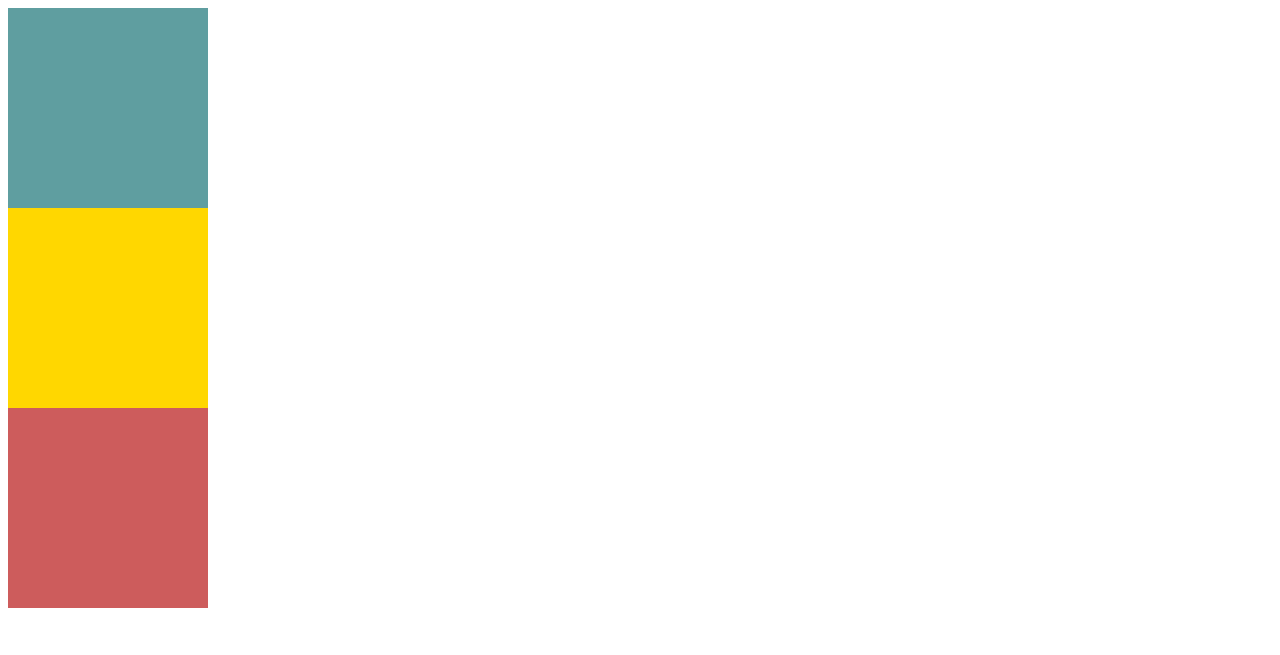
Repository: arzeee/Web_Course
Page: 6.3+CSS+Box+Model/6.3 CSS Box Model/index.html
An editor plug-in stored every save of this project. The page is shown before and after a run of saves, followed by the edit.
The browser window is 1280 px wide. The pictures show the whole page.

Above is the page before, as saved 2025-07-04 18:20:44.

After the next 2 saves:
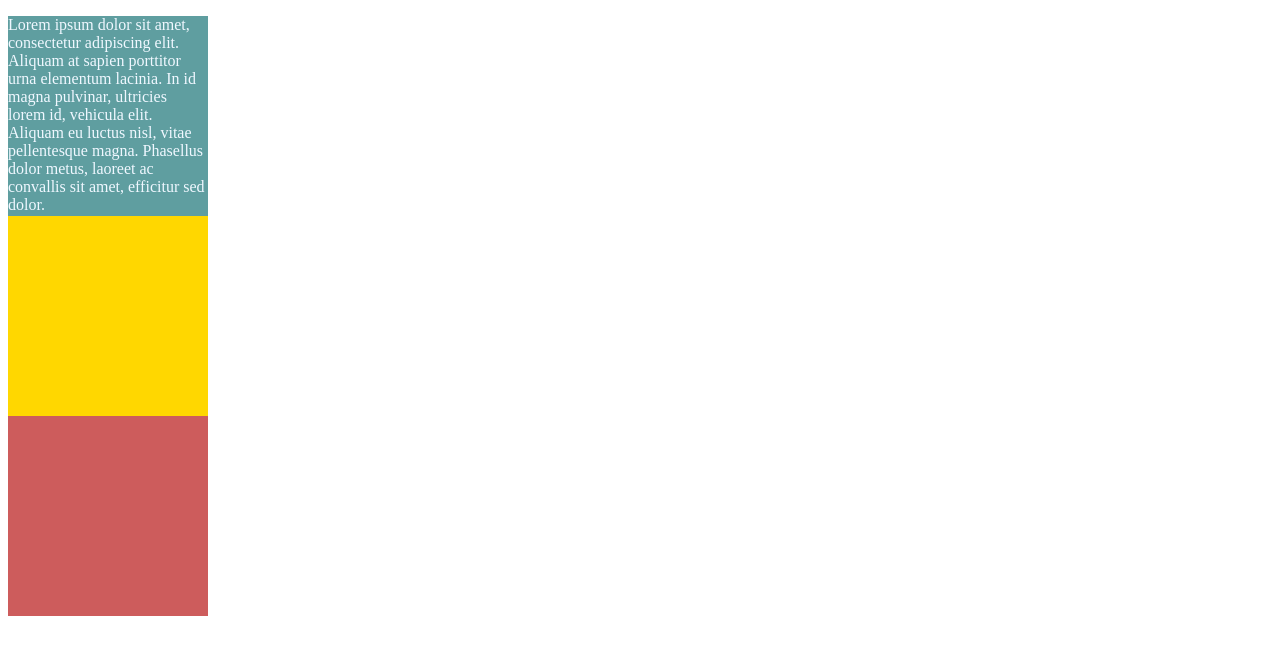
The 2 saves are shown as one change because they came seconds apart.
The last was saved 21 s later.
--- a/6.3+CSS+Box+Model/6.3 CSS Box Model/index.html
+++ b/6.3+CSS+Box+Model/6.3 CSS Box Model/index.html
@@ -28,7 +28,9 @@
 
 <body>
   <div class="box box1">
-
+    <p>    Lorem ipsum dolor sit amet, consectetur adipiscing elit. Aliquam at sapien porttitor urna elementum lacinia. In
+    id magna pulvinar, ultricies lorem id, vehicula elit. Aliquam eu luctus nisl, vitae pellentesque magna. Phasellus
+    dolor metus, laoreet ac convallis sit amet, efficitur sed dolor.</p>
   </div>
   <div class="box box2">
 
